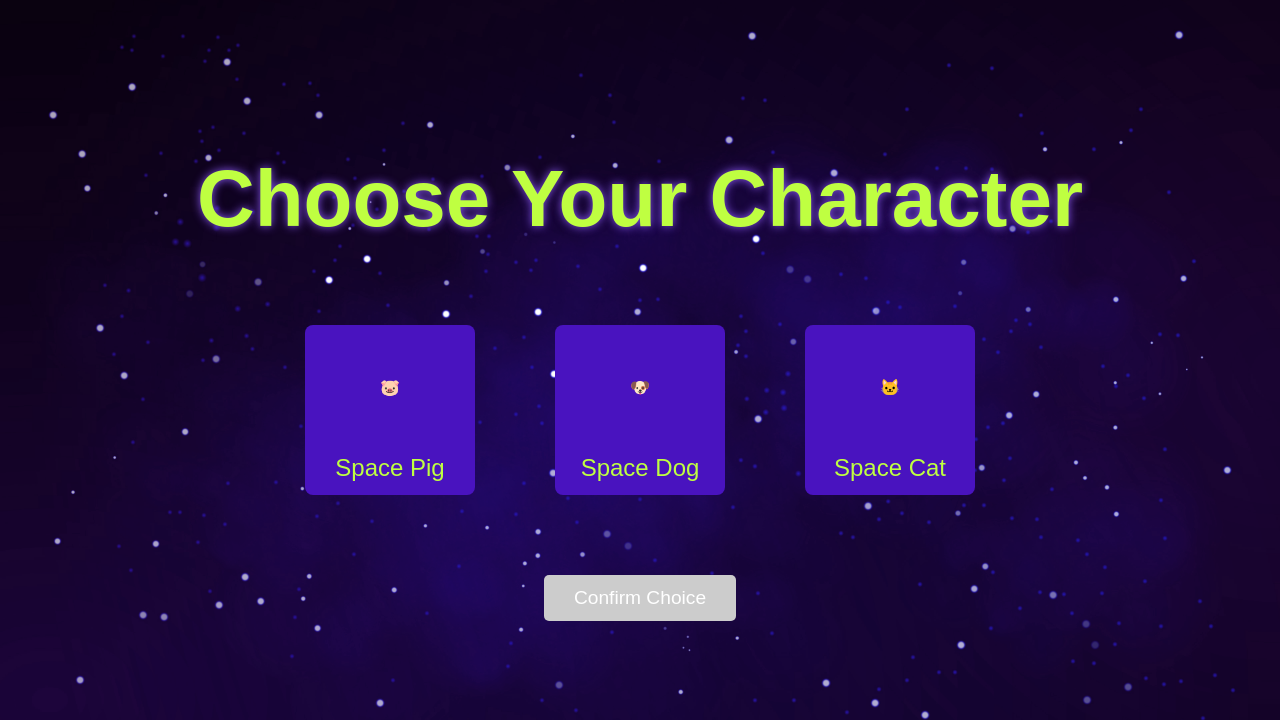
Repository: brunaguarizo/SpaceFarm
Page: index.html
These files come from the project's save history. The page is drawn as it stood at one moment and after the next save; the edit follows.
The browser window is 1280 px wide. The pictures show the whole page.
Some web fonts or font styles are not loaded; a fallback is used.

Above is the page before, as saved 2025-04-24 11:21:21.

### index.html
<!DOCTYPE html>
<html lang="en">
    <head>
        <meta charset="UTF-8" />
        <meta
            name="viewport"
            content="width=device-width, initial-scale=1.0" />
        <title>Space Animals Game</title>
        <link
            rel="stylesheet"
            href="styles.css" />

        <link
            rel="preconnect"
            href="https://fonts.googleapis.com" />
        <link
            rel="preconnect"
            href="https://fonts.gstatic.com"
            crossorigin />
        <link
            href="https://fonts.googleapis.com/css2?family=Ranchers&display=swap"
            rel="stylesheet" />
    </head>
    <body>
        <div id="game-container">
            <!-- Character Selection Screen -->
            <div id="character-select">
                <h1>Choose Your Character</h1>
                <div class="character-options">
                    <div
                        class="character-option"
                        data-character="pig">
                        <div class="character-icon">🐷</div>
                        <div class="character-label">Space Pig</div>
                    </div>
                    <div
                        class="character-option"
                        data-character="dog">
                        <div class="character-icon">🐶</div>
                        <div class="character-label">Space Dog</div>
                    </div>
                    <div
                        class="character-option"
                        data-character="cat">
                        <div class="character-icon">🐱</div>
                        <div class="character-label">Space Cat</div>
                    </div>
                </div>
                <button
                    id="confirm-btn"
                    disabled>
                    Confirm Choice
                </button>
            </div>

            <!-- Game Screen -->
            <div id="game-screen">
                <div id="player"></div>
                <div id="score-container">
                    <div id="score">Score: 0</div>
                    <button id="pause-btn">Pause</button>
                </div>
            </div>

            <!-- Pause Screen -->
            <div id="pause-screen">
                <h2>Game Paused</h2>
                <button id="resume-btn">Resume</button>
            </div>

            <!-- Game Over Screen -->
            <div id="game-over">
                <h2>Game Over</h2>
                <div id="final-score">Score: 0</div>
                <button id="restart-btn">Play Again</button>
            </div>
        </div>

        <script src="script.js"></script>
    </body>
</html>

### styles.css
body {
    margin: 0;
    padding: 0;
    overflow: hidden;
    font-family: var(--font-family);
    background-color: var(--mid-green);
}

#game-container {
    position: relative;
    width: 100vw;
    height: 100vh;
    background-image: url("img/space-bg.jpg");
    background-size: cover;
    overflow: hidden;
}

/* Character Selection Screen */
#character-select {
    position: absolute;
    width: 100%;
    height: 100%;
    display: flex;
    flex-direction: column;
    justify-content: center;
    align-items: center;
    z-index: 10;
}

#character-select h1 {
    color: var(--light-green);
    font-size: var(--header);
    margin-bottom: var(--space-extra-large);
    text-shadow: 0 0 10px var(--mid-purple);
}

.character-options {
    display: flex;
    gap: var(--space-extra-large);
    margin-bottom: var(--space-extra-large);
}

.character-option {
    width: 150px;
    height: 150px;
    background-color: var(--dark-purple);
    border-radius: var(--space-small);
    display: flex;
    flex-direction: column;
    align-items: center;
    justify-content: center;
    cursor: pointer;
    transition: transform 0.3s, box-shadow 0.3s;
    padding: var(--space-small);
    border: 2px solid transparent;
}

.character-option:hover {
    transform: scale(1.05);
    box-shadow: 0 0 15px var(--light-purple);
}

.character-option.selected {
    border-color: var(--light-green);
    box-shadow: 0 0 20px var(--light-green);
}

.character-icon {
    width: 100px;
    height: 100px;
    display: flex;
    justify-content: center;
    align-items: center;
}

.character-label {
    color: var(--light-green);
    font-size: var(--text);
    margin-top: var(--space-regular);
}

#confirm-btn {
    padding: 12px 30px;
    background-color: #4caf50;
    color: white;
    border: none;
    border-radius: 5px;
    font-size: 1.2rem;
    cursor: pointer;
    transition: background-color 0.3s;
}

#confirm-btn:hover {
    background-color: #45a049;
}

#confirm-btn:disabled {
    background-color: #cccccc;
    cursor: not-allowed;
}

/* Game Screen */
#game-screen {
    display: none;
    position: absolute;
    width: 100%;
    height: 100%;
}

#player {
    position: absolute;
    width: 60px;
    height: 60px;
    left: 100px;
    top: 50%;
    transform: translateY(-50%);
    font-size: 50px;
    line-height: 1;
    z-index: 5;
}

.asteroid {
    position: absolute;
    font-size: 30px;
    color: #aaa;
}

#score-container {
    position: absolute;
    top: 20px;
    right: 20px;
    display: flex;
    align-items: center;
    gap: 20px;
    z-index: 5;
}

#score {
    color: white;
    font-size: 24px;
    font-weight: bold;
    background-color: rgba(0, 0, 0, 0.5);
    padding: 10px 20px;
    border-radius: 10px;
}

#pause-btn {
    background-color: rgba(0, 0, 0, 0.5);
    color: white;
    border: none;
    border-radius: 5px;
    font-size: 18px;
    padding: 10px 15px;
    cursor: pointer;
    transition: background-color 0.3s;
}

#pause-btn:hover {
    background-color: rgba(0, 0, 0, 0.7);
}

/* Game Over Screen */
#game-over {
    display: none;
    position: absolute;
    top: 0;
    left: 0;
    width: 100%;
    height: 100%;
    background-color: rgba(0, 0, 0, 0.8);
    z-index: 15;
    flex-direction: column;
    justify-content: center;
    align-items: center;
}

#game-over h2 {
    color: #ff3333;
    font-size: 3.5rem;
    margin-bottom: 1rem;
    text-shadow: 0 0 10px rgba(255, 0, 0, 0.5);
}

#final-score {
    color: white;
    font-size: 2rem;
    margin-bottom: 2rem;
}

#restart-btn {
    padding: 12px 30px;
    background-color: #3366ff;
    color: white;
    border: none;
    border-radius: 5px;
    font-size: 1.2rem;
    cursor: pointer;
    transition: background-color 0.3s;
}

#restart-btn:hover {
    background-color: #2952cc;
}

/* Utility Classes */
.invisible {
    opacity: 0;
}

/* Pause Screen */
#pause-screen {
    display: none;
    position: absolute;
    top: 0;
    left: 0;
    width: 100%;
    height: 100%;
    background-color: rgba(0, 0, 0, 0.7);
    z-index: 12;
    flex-direction: column;
    justify-content: center;
    align-items: center;
    color: white;
}

#pause-screen h2 {
    font-size: 3rem;
    margin-bottom: 2rem;
}

#resume-btn {
    padding: 12px 30px;
    background-color: #4caf50;
    color: white;
    border: none;
    border-radius: 5px;
    font-size: 1.2rem;
    cursor: pointer;
    transition: background-color 0.3s;
}

#resume-btn:hover {
    background-color: #45a049;
}

/* --------------------------- variables  --------------------------- */
:root {
    --font-family: "Ranchers", sans-serif;
    --header: 80px;
    --text: 24px;

    --light-green: #bfff41;
    --mid-green: #a3de1a;
    --dark-green: #46b800;
    --light-pink: #ffc2ec;
    --mid-pink: #f0429c;
    --dark-pink: #910b64;
    --light-purple: #dcccff;
    --mid-purple: #8655ef;
    --dark-purple: #4913bf;

    --space-extra-small: 4px;
    --space-small: 8px;
    --space-regular: 16px;
    --space-medium: 32px;
    --space-large: 48px;
    --space-extra-large: 80px;
}

### script.js
// Game variables
let selectedCharacter = "";
let score = 0;
let playerElement;
let gameRunning = false;
let isPaused = false;
let playerY;
let asteroids = [];
let gameLoopInterval;
let asteroidInterval;
let gameHeight;
let gameWidth;

// Character emoji mapping
const characterEmojis = {
    pig: "🐷",
    dog: "🐶",
    cat: "🐱",
};

// Asteroid options
const asteroidOptions = ["🌑", "☄️", "🪨", "💫"];

// DOM elements
const characterOptions = document.querySelectorAll(".character-option");
const confirmBtn = document.getElementById("confirm-btn");
const characterSelectScreen = document.getElementById("character-select");
const gameScreen = document.getElementById("game-screen");
const pauseBtn = document.getElementById("pause-btn");
const pauseScreen = document.getElementById("pause-screen");
const resumeBtn = document.getElementById("resume-btn");
const gameOverScreen = document.getElementById("game-over");
const finalScoreDisplay = document.getElementById("final-score");
const restartBtn = document.getElementById("restart-btn");
const scoreDisplay = document.getElementById("score");

// Initialize the game
function init() {
    // Character selection event listeners
    characterOptions.forEach((option) => {
        option.addEventListener("click", () => {
            // Remove selected class from all options
            characterOptions.forEach((opt) => opt.classList.remove("selected"));
            // Add selected class to clicked option
            option.classList.add("selected");
            // Store selected character
            selectedCharacter = option.dataset.character;
            // Enable confirm button
            confirmBtn.disabled = false;
        });
    });

    // Confirm button event listener
    confirmBtn.addEventListener("click", startGame);

    // Pause button event listener
    pauseBtn.addEventListener("click", togglePause);

    // Resume button event listener
    resumeBtn.addEventListener("click", togglePause);

    // Restart button event listener
    restartBtn.addEventListener("click", restartGame);

    // Keyboard event listeners
    document.addEventListener("keydown", handleKeyPress);
}

// Start the game
function startGame() {
    // Hide character selection screen
    characterSelectScreen.style.display = "none";
    // Show game screen
    gameScreen.style.display = "block";

    // Set up player
    playerElement = document.getElementById("player");
    playerElement.innerHTML = characterEmojis[selectedCharacter];

    // Initialize variables
    gameHeight = window.innerHeight;
    gameWidth = window.innerWidth;
    score = 0;
    updateScore();
    playerY = gameHeight / 2;
    gameRunning = true;
    isPaused = false;
    asteroids = [];

    // Position player
    updatePlayerPosition();

    // Start game loop
    gameLoopInterval = setInterval(gameLoop, 16); // ~60fps

    // Start spawning asteroids
    spawnAsteroid(); // Spawn first asteroid immediately
    asteroidInterval = setInterval(spawnAsteroid, 1500); // Then every 1.5 seconds
}

// Game loop
function gameLoop() {
    if (!gameRunning || isPaused) return;

    // Move asteroids
    moveAsteroids();

    // Check collisions
    checkCollisions();
}

// Handle keyboard input
function handleKeyPress(e) {
    if (!gameRunning || isPaused) return;

    const moveDistance = 20;

    if (e.key === "ArrowUp" || e.key === "w") {
        // Move up
        playerY = Math.max(50, playerY - moveDistance);
        updatePlayerPosition();
    } else if (e.key === "ArrowDown" || e.key === "s") {
        // Move down
        playerY = Math.min(gameHeight - 50, playerY + moveDistance);
        updatePlayerPosition();
    }
}

// Update player position on screen
function updatePlayerPosition() {
    playerElement.style.top = `${playerY}px`;
}

// Spawn a new asteroid
function spawnAsteroid() {
    if (!gameRunning || isPaused) return;

    // Create asteroid element
    const asteroid = document.createElement("div");
    asteroid.classList.add("asteroid");

    // Set random asteroid type
    const asteroidType =
        asteroidOptions[Math.floor(Math.random() * asteroidOptions.length)];
    asteroid.innerHTML = asteroidType;

    // Set random position (y-axis)
    const asteroidY = Math.random() * (gameHeight - 100) + 50;

    // Set asteroid properties
    asteroid.style.left = `${gameWidth}px`;
    asteroid.style.top = `${asteroidY}px`;

    // Add to game screen
    gameScreen.appendChild(asteroid);

    // Add to asteroids array
    asteroids.push({
        element: asteroid,
        x: gameWidth,
        y: asteroidY,
        speed: Math.random() * 3 + 5, // Random speed between 5-8
        passed: false,
    });
}

// Move all asteroids
function moveAsteroids() {
    for (let i = asteroids.length - 1; i >= 0; i--) {
        const asteroid = asteroids[i];

        // Move asteroid
        asteroid.x -= asteroid.speed;
        asteroid.element.style.left = `${asteroid.x}px`;

        // Check if asteroid passed the player
        if (!asteroid.passed && asteroid.x < 100) {
            asteroid.passed = true;
            score += 10;
            updateScore();
        }

        // Remove asteroid if it's off-screen
        if (asteroid.x < -50) {
            gameScreen.removeChild(asteroid.element);
            asteroids.splice(i, 1);
        }
    }
}

// Check for collisions
function checkCollisions() {
    const playerRect = {
        x: 100,
        y: playerY - 30,
        width: 60,
        height: 60,
    };

    for (const asteroid of asteroids) {
        const asteroidRect = {
            x: asteroid.x,
            y: asteroid.y - 15,
            width: 30,
            height: 30,
        };

        // Check if player and asteroid rectangles intersect
        if (
            playerRect.x < asteroidRect.x + asteroidRect.width &&
            playerRect.x + playerRect.width > asteroidRect.x &&
            playerRect.y < asteroidRect.y + asteroidRect.height &&
            playerRect.y + playerRect.height > asteroidRect.y
        ) {
            // Collision detected
            gameOver();
            return;
        }
    }
}

// Update score display
function updateScore() {
    scoreDisplay.textContent = `Score: ${score}`;
}

// Toggle pause state
function togglePause() {
    isPaused = !isPaused;

    if (isPaused) {
        pauseScreen.style.display = "flex";
    } else {
        pauseScreen.style.display = "none";
    }
}

// Game over
function gameOver() {
    gameRunning = false;

    // Clear intervals
    clearInterval(gameLoopInterval);
    clearInterval(asteroidInterval);

    // Update final score
    finalScoreDisplay.textContent = `Score: ${score}`;

    // Show game over screen
    gameOverScreen.style.display = "flex";
}

// Restart game
function restartGame() {
    // Clear asteroids
    asteroids.forEach((asteroid) => {
        if (asteroid.element.parentNode) {
            asteroid.element.parentNode.removeChild(asteroid.element);
        }
    });

    // Hide game over screen
    gameOverScreen.style.display = "none";

    // Go back to character selection
    gameScreen.style.display = "none";
    characterSelectScreen.style.display = "flex";

    // Reset character selection
    characterOptions.forEach((opt) => opt.classList.remove("selected"));
    confirmBtn.disabled = true;
    selectedCharacter = "";
}

// Initialize the game when the page loads
window.addEventListener("load", init);

After the next save:
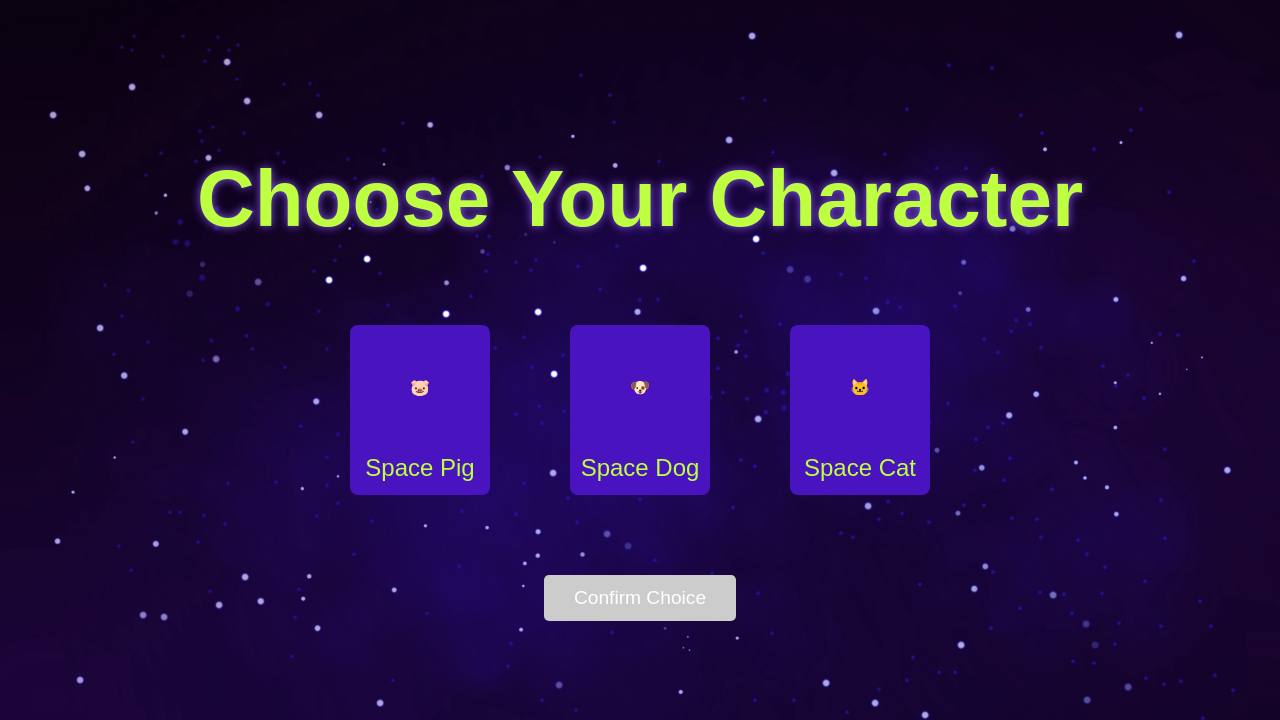
Saved 30 s later.
--- a/styles.css
+++ b/styles.css
@@ -41,7 +41,7 @@ body {
 }
 
 .character-option {
-    width: 150px;
+    width: var(--space-huge);
     height: 150px;
     background-color: var(--dark-purple);
     border-radius: var(--space-small);
@@ -265,4 +265,5 @@ body {
     --space-medium: 32px;
     --space-large: 48px;
     --space-extra-large: 80px;
-}
+    --space-huge: 120px;
+}
